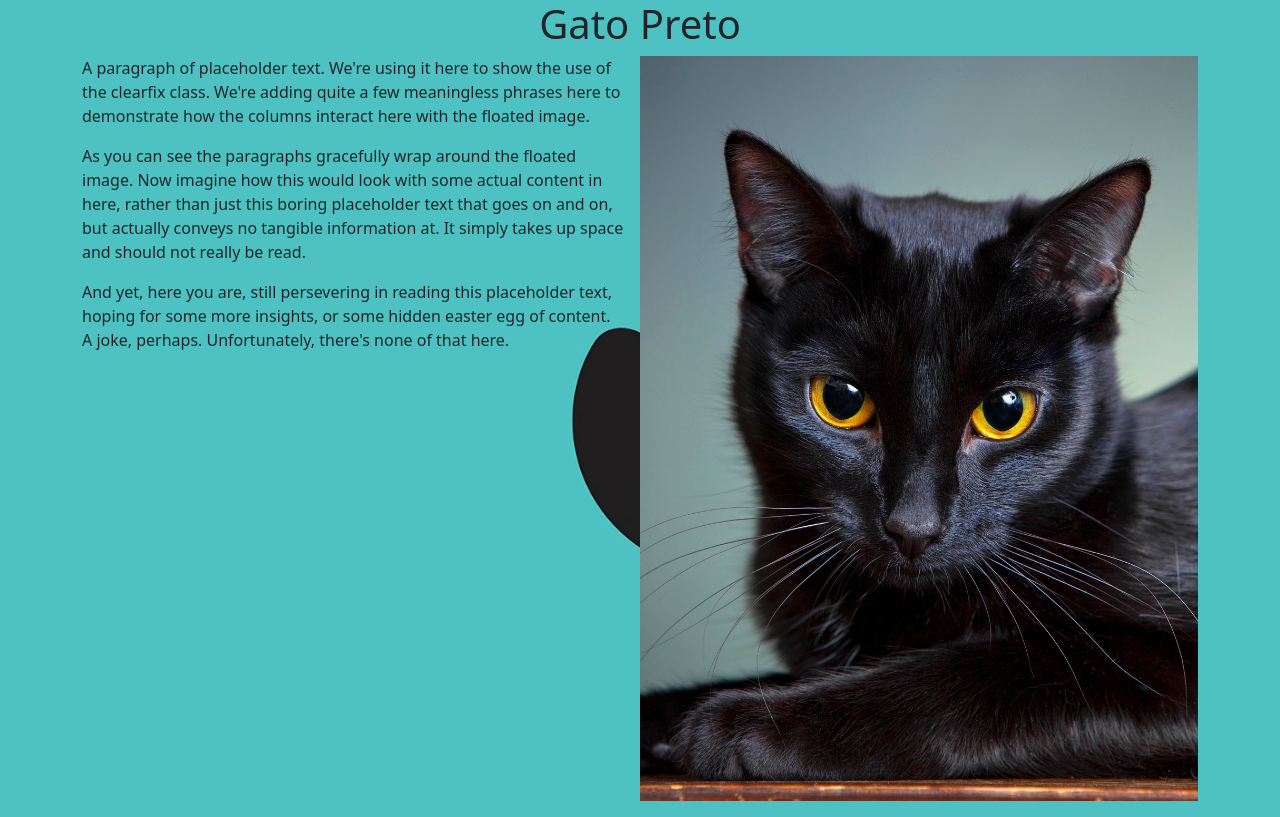
Repository: SktYzu/gatitu
Page: index.html
The author's editor kept a copy of each file at every save. The page is drawn from the files as they stood at one save, then again after a run of saves.
The browser window is 1280 px wide. The pictures show the whole page.

Above is the page before, as saved 2023-11-27 15:07:16.

After the next 3 saves:
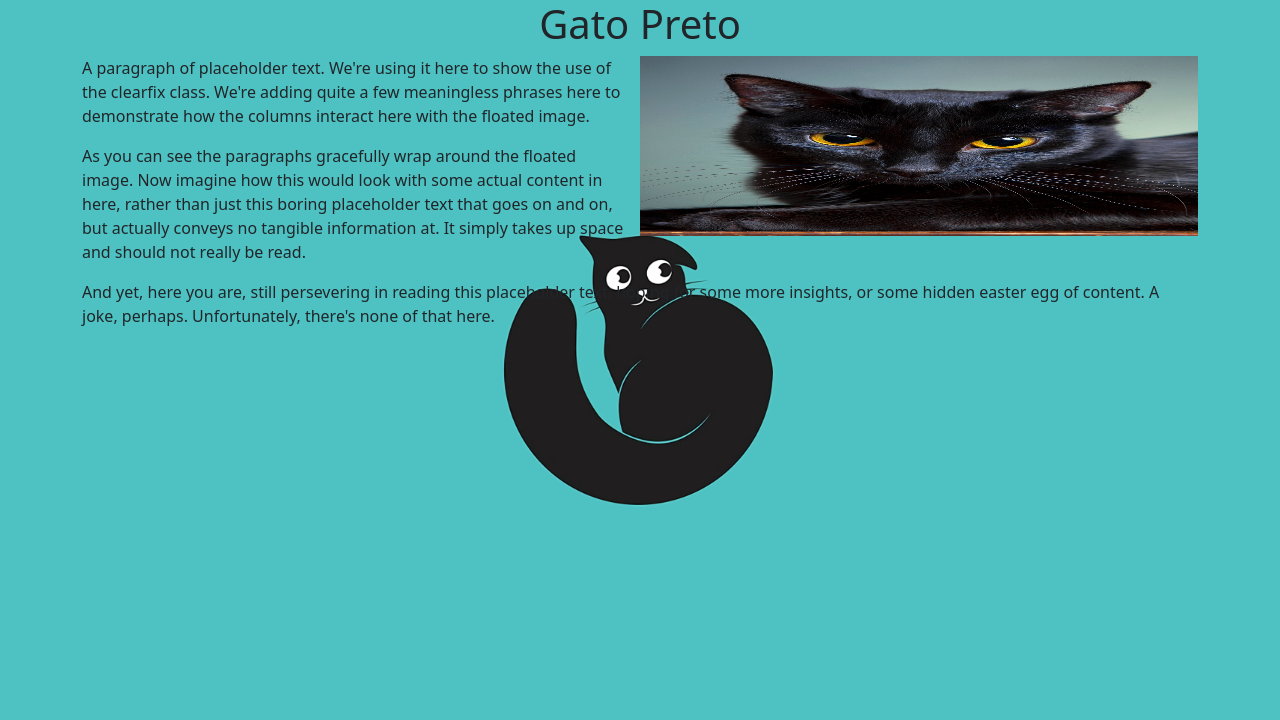
The 3 saves are shown as one change because they came seconds apart.
The last was saved 14 s later.
--- a/index.html
+++ b/index.html
@@ -23,7 +23,7 @@
     <div class="container">
 
         <div class="clearfix">
-            <img src="preto.jpg" class="col-md-6 float-md-end mb-3 ms-md-3" alt="...">
+            <img src="preto.jpg" class="col-md-6 float-md-end mb-3 ms-md-3" alt="..." height="180px">
 
             <p>
                 A paragraph of placeholder text. We're using it here to show the use of the clearfix class. We're adding
